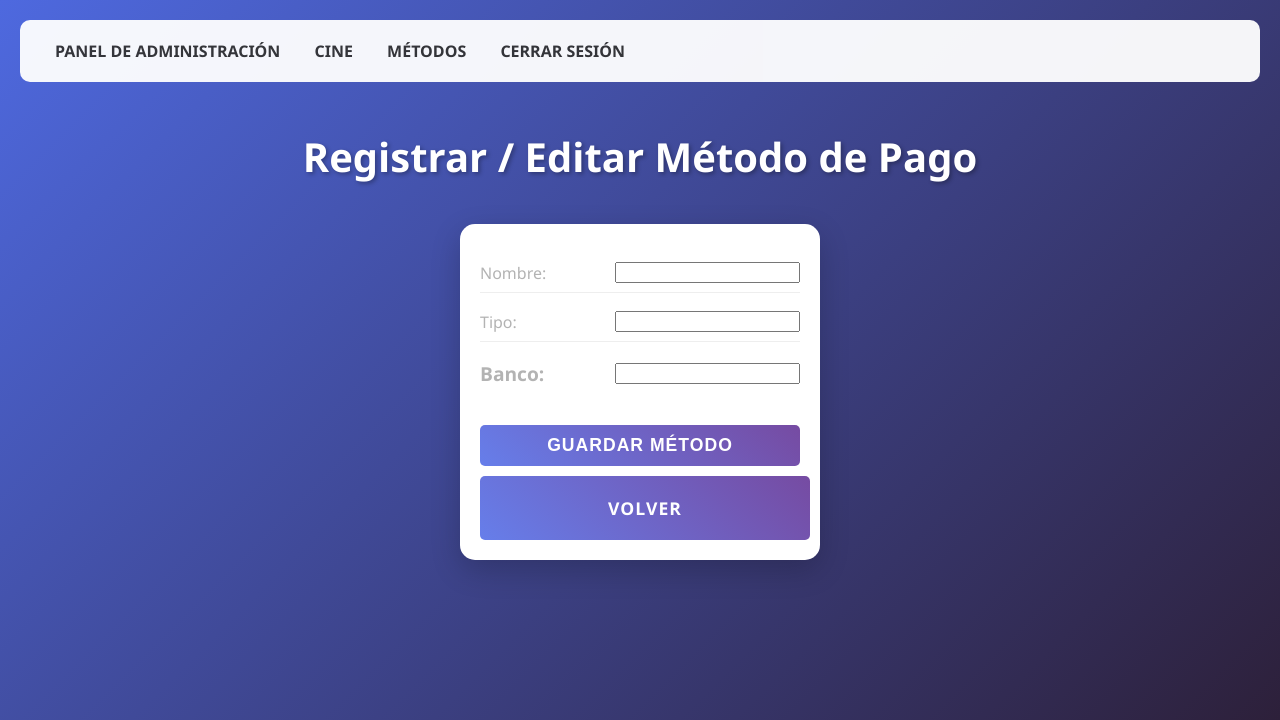
Repository: RoyScc/Practico-Django
Page: http://localhost/metodos/crear
The author's editor kept a copy of each file at every save. The page is drawn from the files as they stood at one save, then again after the next save.
The browser window is 1280 px wide. The pictures show the whole page.
The page is served by the project's application, run on Django 5.2 (manage.py). A made-up administrator, testuser (Test User, test@example.com), is signed in.

Above is the page before, as saved 2026-06-03 09:56:07.

After the next save:
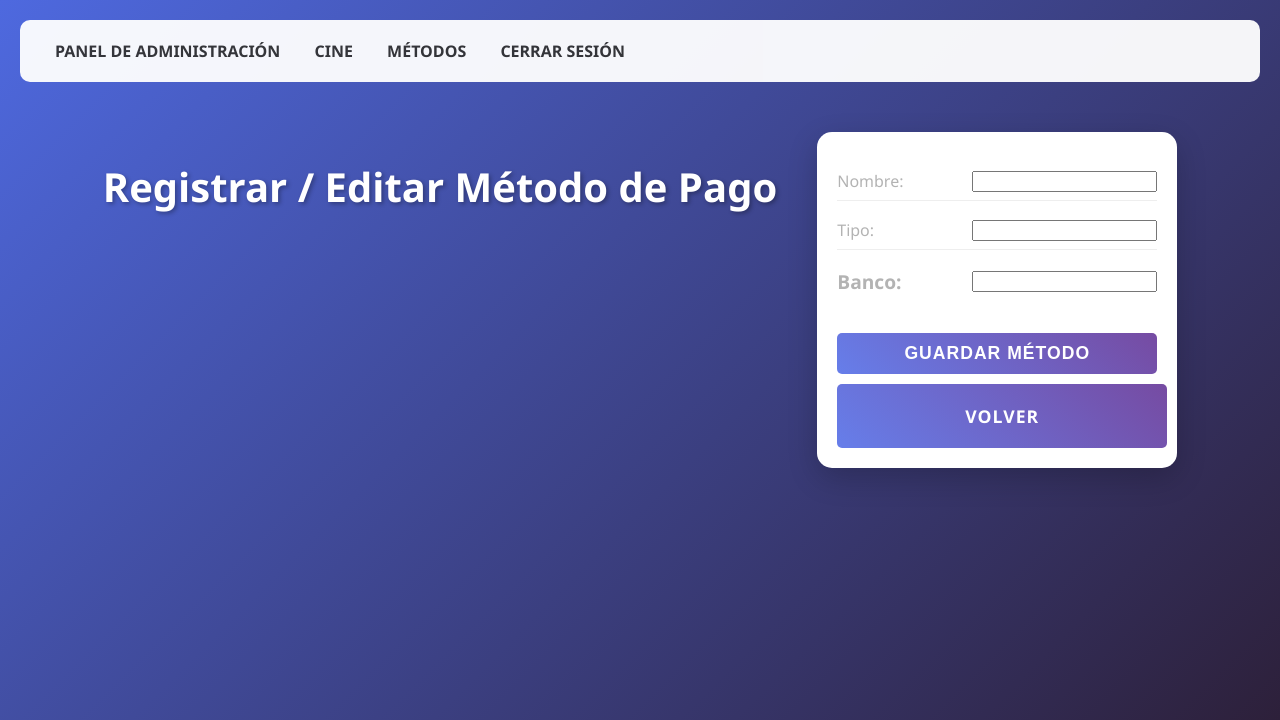
Saved 75 s later.
--- a/tickets/templates/tickets/crear_metodo_pago.html
+++ b/tickets/templates/tickets/crear_metodo_pago.html
@@ -3,8 +3,9 @@
 {% block title %}Método de Pago{% endblock %}
 
 {% block body %}
-    <h1>Registrar / Editar Método de Pago</h1>
+
     <div class="cartelera">
+        <h1>Registrar / Editar Método de Pago</h1>
         <div class="ticket-item2">
            <form method="POST">
             {% csrf_token %}
